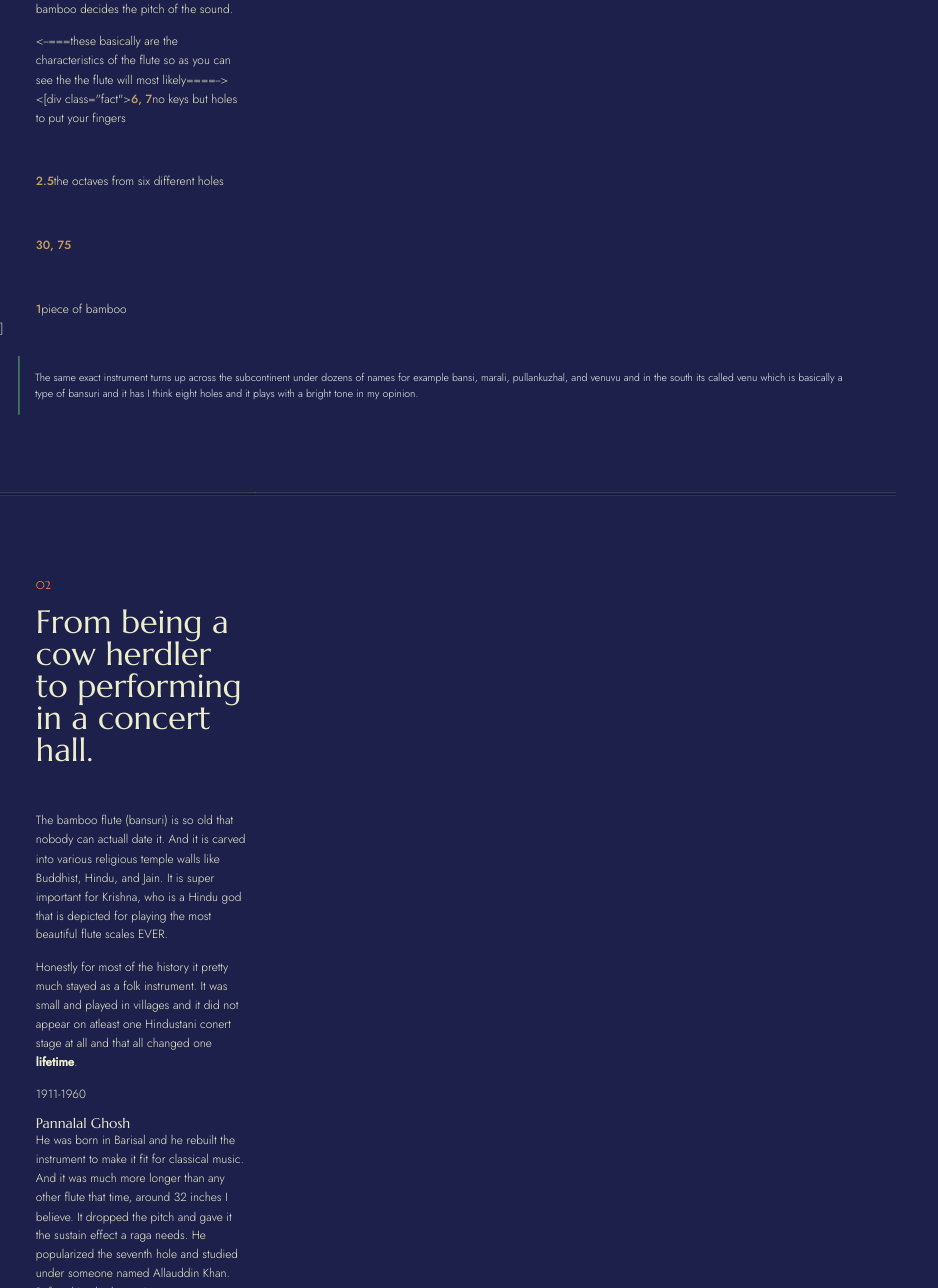
Repository: manayparikh1/Bansi
Page: index.html
These files come from the project's save history. The page is drawn as it stood at one moment and after the next save; the edit follows.
The browser window is 1280 px wide. The page is 1340 px wide, so the pictures cover 1340 px, including what lies to the right of the window. The pictures show the part of the page from y = 1512 to 3352 px (the page is 5519 px tall before and 5573 px after), at 70% of full size.

Above is the page before, as saved 2026-09-20 20:46:34.

After the next save:
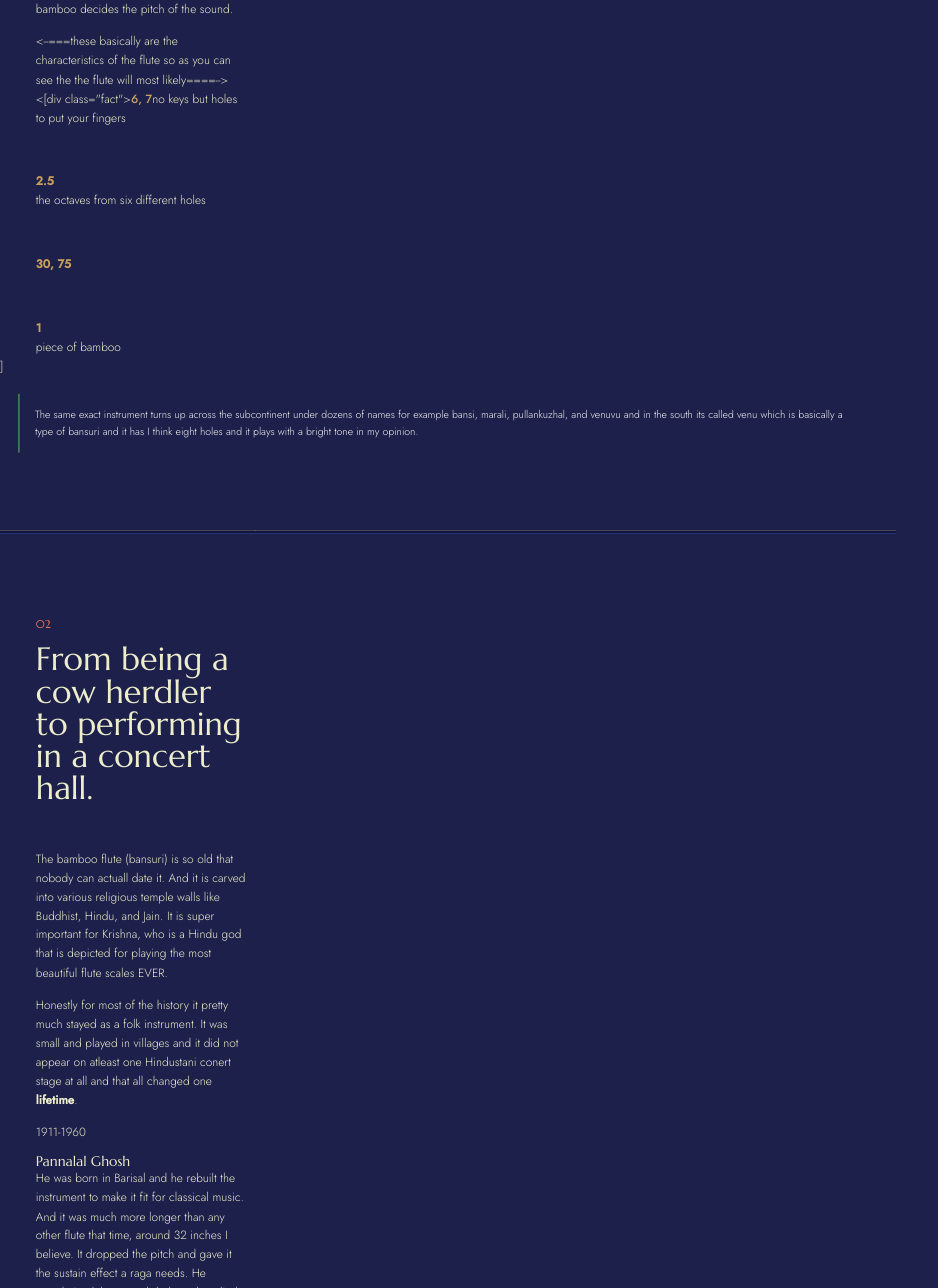
Saved 4 min 9 s later.
--- a/style.css
+++ b/style.css
@@ -342,9 +342,16 @@ h2 {
 /*the facts strip with the famous figures*/
 .facts {
     display: grid;
-    grid-template-columns: repeat(auto-fit, minimax(130px, 1fr));
+    grid-template-columns: repeat(auto-fit, minmax(min(130px, 100%), 1fr));
     gap: 18px;
-    margin: 34px 0 4px;
+    /*looks better for reading:*/
+    margin-top: 34px;
+    margin-bottom: 4px;
     padding-top: 26px;
-    border-top: 1px solid #2a2a5f;
-}
+    border-top: 1px solid var(--violet);
+}
+
+.fact b {
+    display: block;
+    font-weight: bold;
+}
